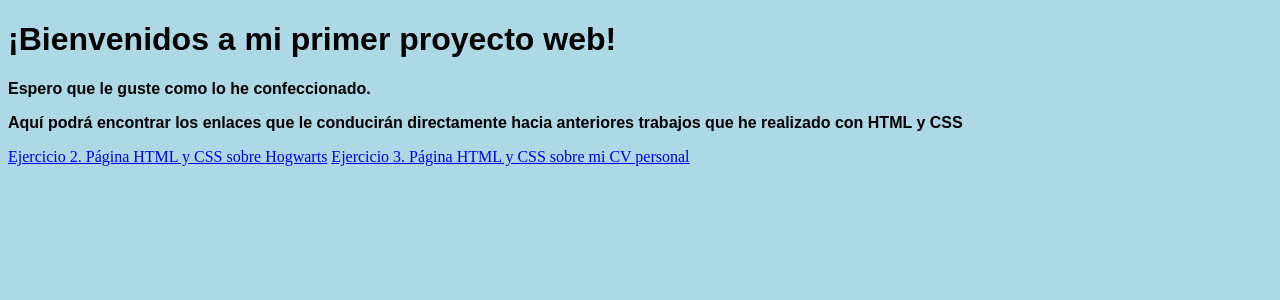
Repository: Pablosky971/Ejercicio-4.-Proyecto-Web
Page: http://localhost/Ejercicio4/
An editor plug-in stored every save of this project. The page is shown before and after the next save, followed by the edit.
The browser window is 1280 px wide. The pictures show the whole page.
The page is served by Tomcat 9.

Above is the page before, as saved 2022-03-09 12:40:26.

After the next save:
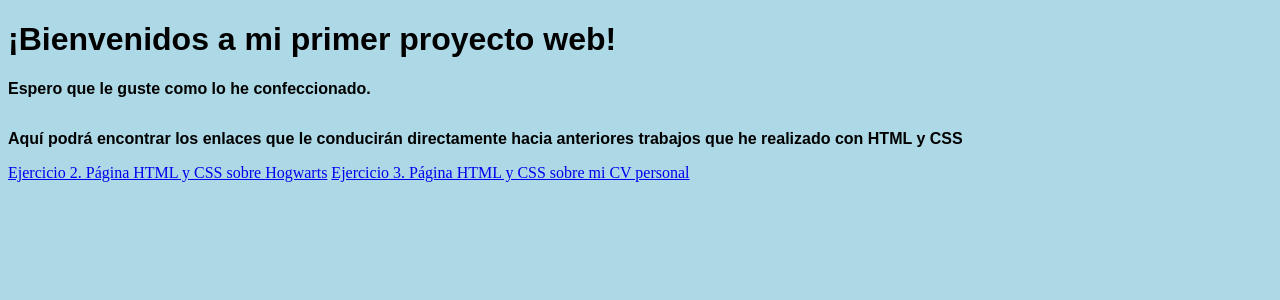
Saved 5 s later.
--- a/Ejercicio4/src/main/webapp/css/index.css
+++ b/Ejercicio4/src/main/webapp/css/index.css
@@ -19,7 +19,8 @@ h3.navegacion {
 }
 
 nav {
-	position
+	position: absolute;
+
 }
 
 a:hover {
